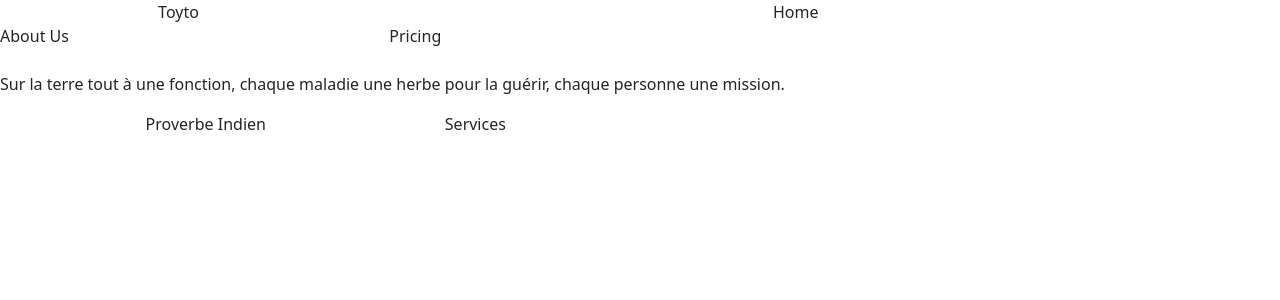
Repository: Omistusama/association
Page: index.html
An editor plug-in stored every save of this project. The page is shown before and after the next save, followed by the edit.
The browser window is 1280 px wide. The pictures show the whole page.
Some web libraries are served in a nearby version.

Above is the page before, as saved 2021-02-24 14:05:59.

After the next save:
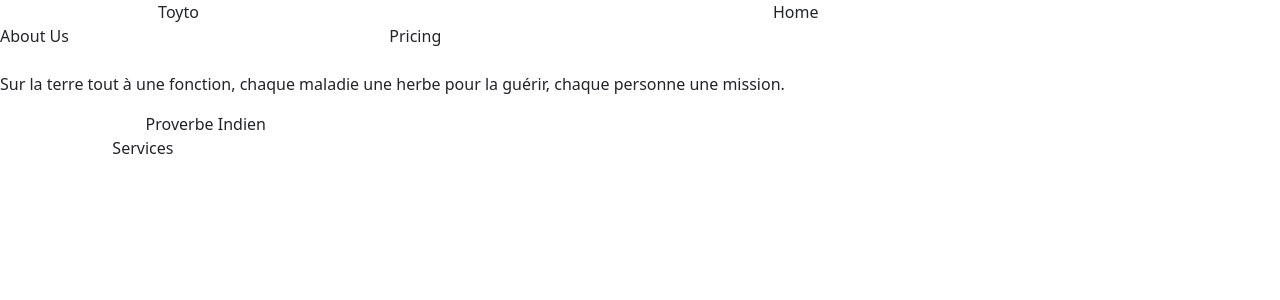
Saved 5 min 11 s later.
--- a/index.html
+++ b/index.html
@@ -45,8 +45,11 @@
                 </blockquote>
                 <figcaption class="blockquote-footer"> Proverbe <cite title="Indien">Indien</cite></figcaption>
             </figure>
-            <div class="text-center">
-                <h1 class="display-5">Services</h1>
+            <div>
+                <div class="text-center">
+                    <h1 class="display-5">Services</h1>
+                </div>
+
             </div>
         </div>
     </body>
